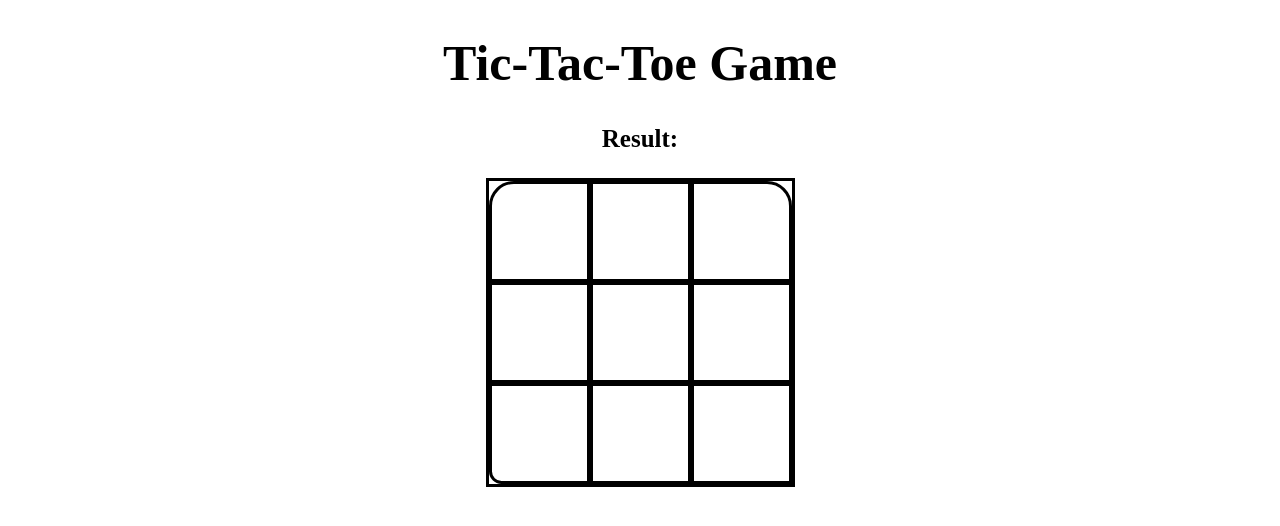
Repository: 0101chaitanya/Tic-Tac-Toe
Page: index.html
These files come from the project's save history. The page is drawn as it stood at one moment and after the next save; the edit follows.
The browser window is 1280 px wide. The pictures show the whole page.

Above is the page before, as saved 2021-06-09 18:26:39.

After the next save:
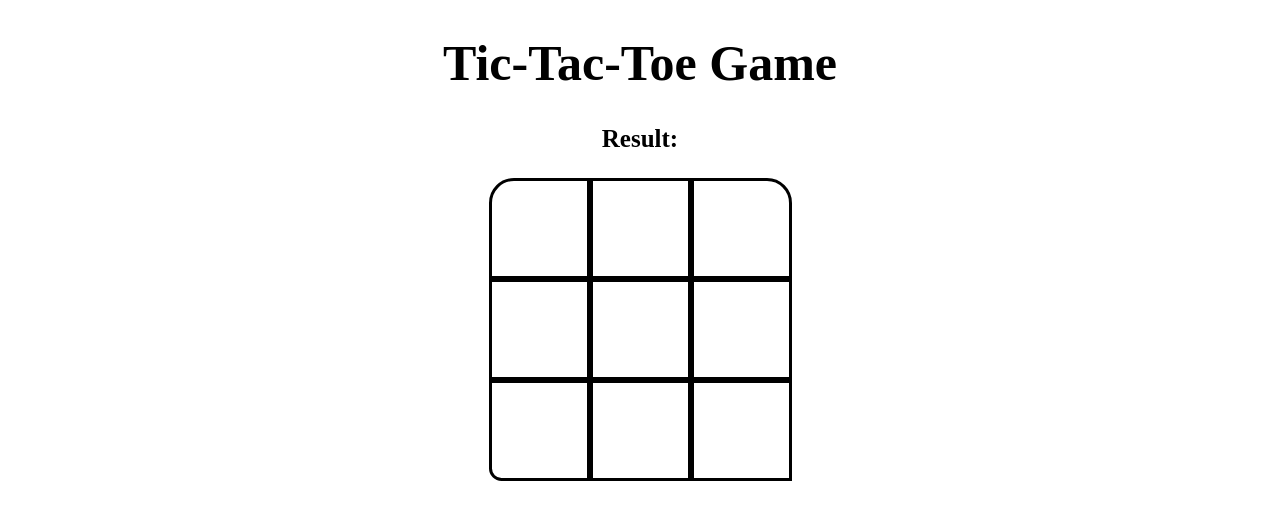
Saved 6 s later.
--- a/styles.css
+++ b/styles.css
@@ -22,7 +22,6 @@ font-weight: bold;
 }
 
 #gameSquare{
-     border-style: solid;
      width:min-content;
     height:min-content;
     display:block;
